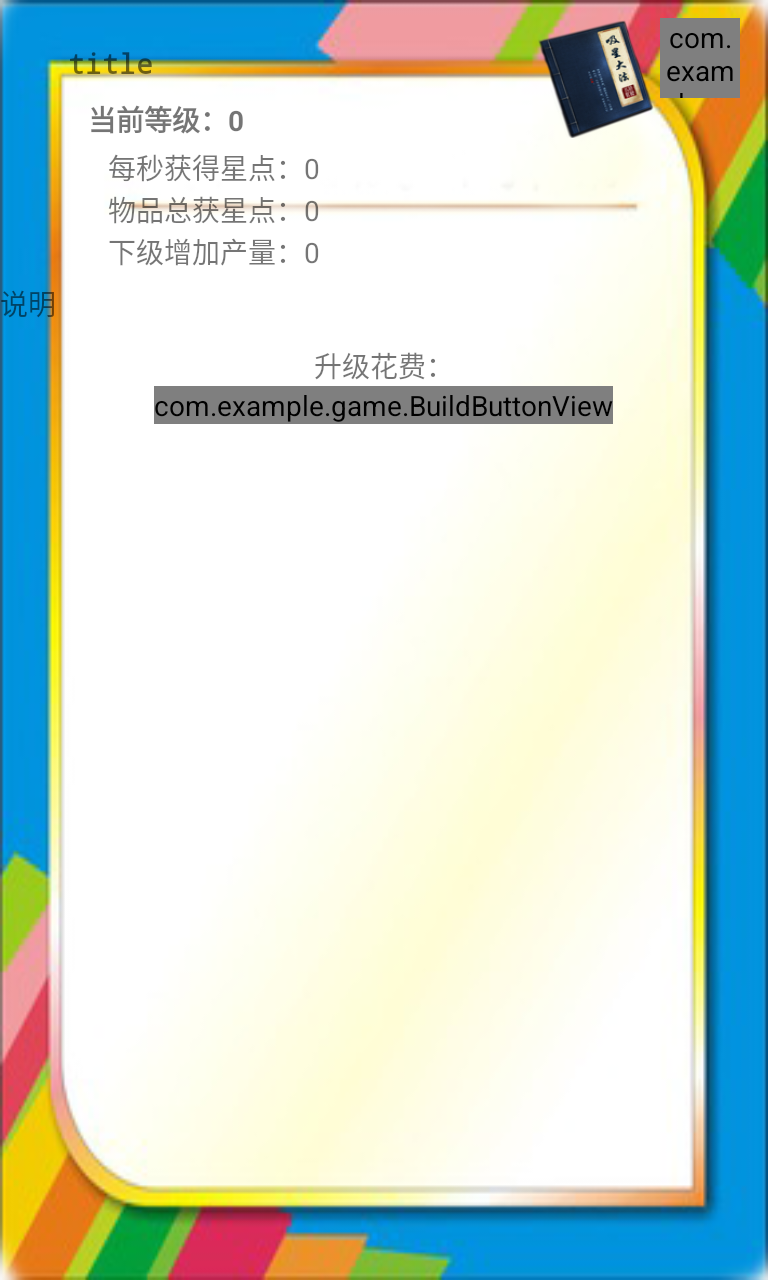
Repository: xianyun2014/StarPoint
Layout: game/res/layout/build_info_view.xml
These files come from the project's save history. The layout is drawn as it stood at one moment and after the next save; the edit follows.
Pictures or frames that could not be fetched are drawn as grey boxes. It is drawn on a 768 x 1280 px phone screen (xhdpi) without system bars, with theme AppTheme; the app's code is not run.

Above is the layout before, as saved 2014-11-17 18:14:26.

After the next save:
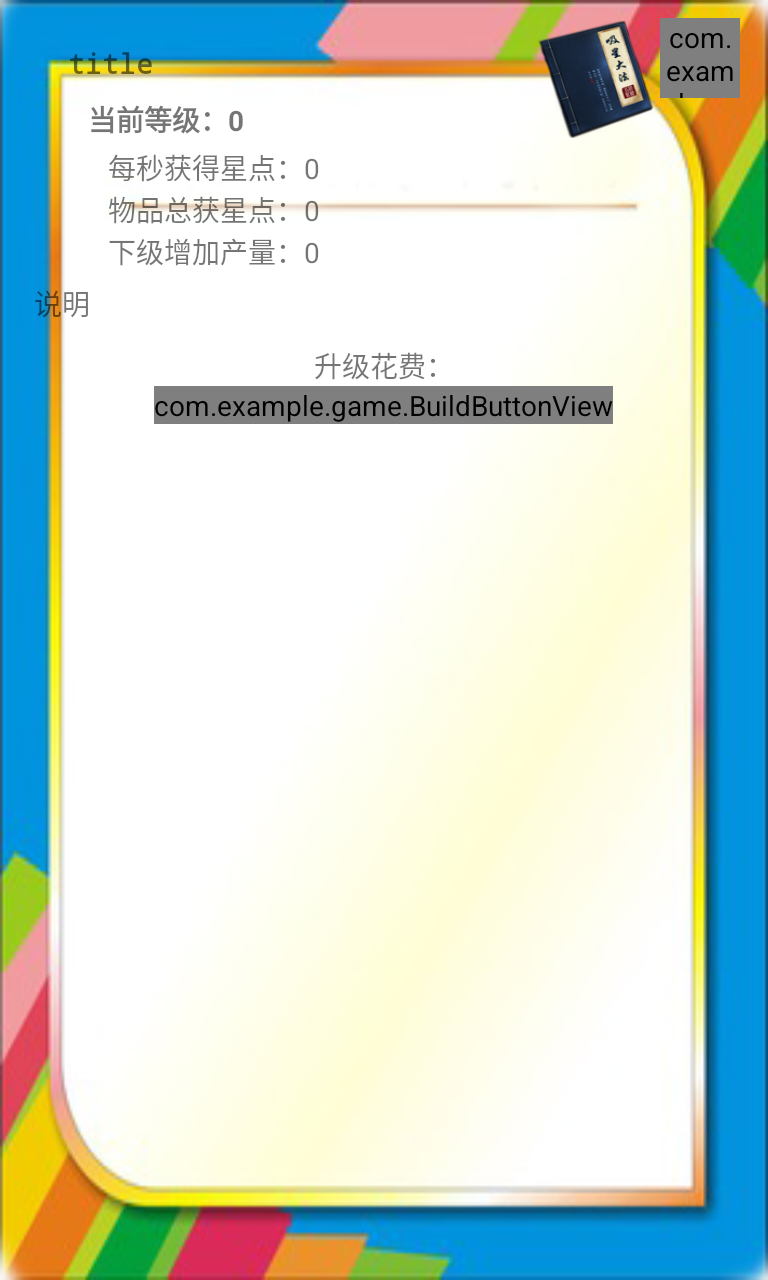
Saved 15 s later.
--- a/game/res/layout/build_info_view.xml
+++ b/game/res/layout/build_info_view.xml
@@ -125,7 +125,7 @@
 
     <TextView
         android1:id="@+id/txt_info"
-        android1:layout_width="400dp"
+        android1:layout_width="350dp"
         android1:layout_height="wrap_content"
         android1:layout_below="@+id/TableLayout1"
         android1:layout_centerHorizontal="true"
